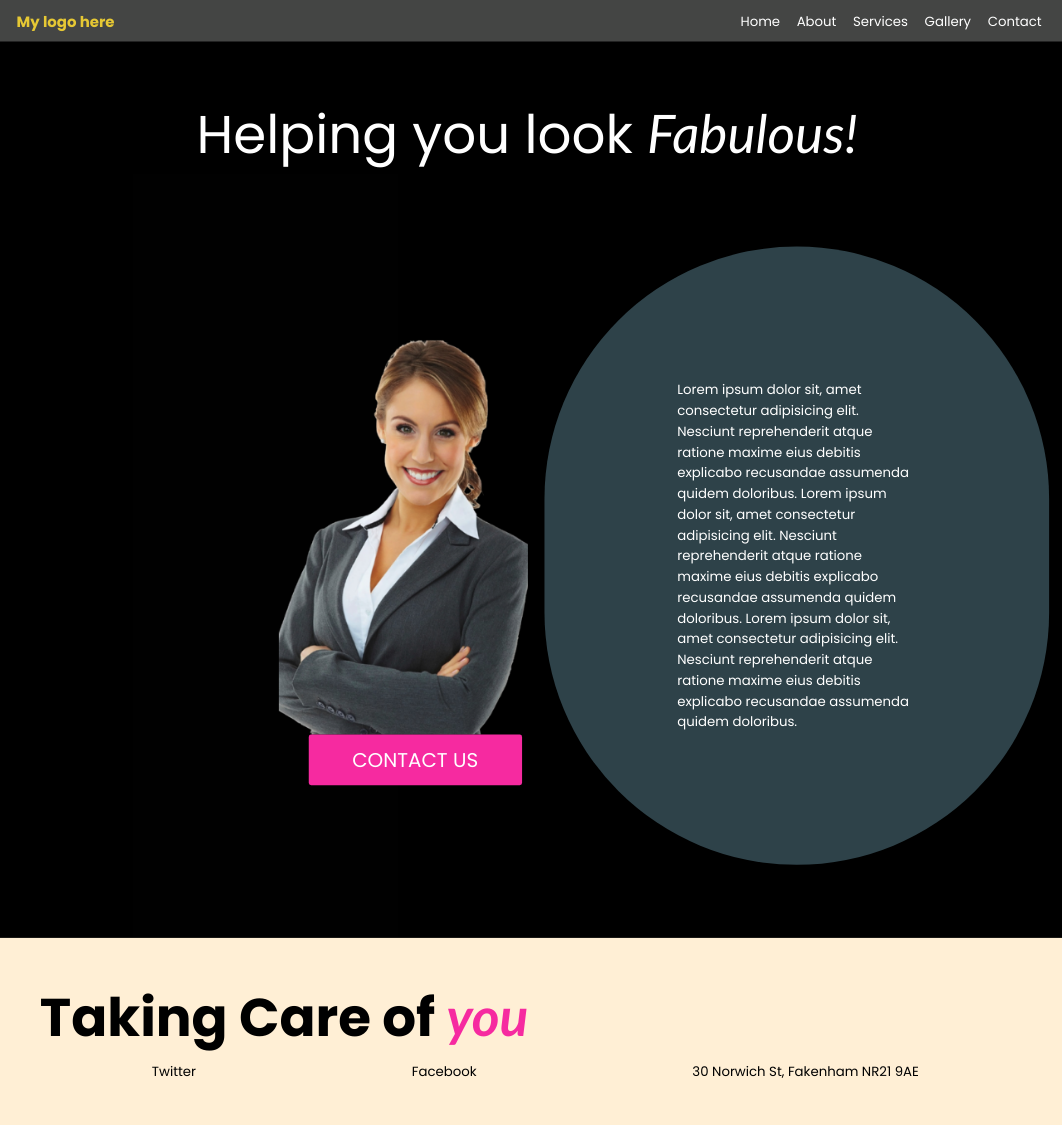
Repository: buzzedison/gardens
Page: index.html
The author's editor kept a copy of each file at every save. The page is drawn from the files as they stood at one save, then again after the next save.
The browser window is 1280 px wide. The pictures show the whole page, at 83% of full size.

Above is the page before, as saved 2022-01-13 04:46:56.

### index.html
<!DOCTYPE html>
<html lang="en">
<head>
    <meta charset="UTF-8">
    <meta http-equiv="X-UA-Compatible" content="IE=edge">
    <meta name="viewport" content="width=device-width, initial-scale=1.0">
    <title>B</title>
    <script src="index.js" defer></script>
    <link rel="stylesheet" href="/css/styles.css">
</head>
<body>
    <div>

        <Header>
            <div id="logo"> <a href="/">My logo here</a></div>
            <nav>
<ul>
    <li> <a href="/"> Home</a></li>
    <li> <a href="/"> About</a></li>
    <li> <a href="/"> Services</a></li>
    <li> <a href="/"> Gallery</a></li>
    <li> <a href="/">  Contact</a></li>
</ul>

 </nav>
            <!-- Mobile version -->
            <div id="mobile-icon" onclick="toggleMobileMenu(this)">
                <div class="bar1"></div>
                <div class="bar2"></div>
                <div class="bar3"></div>
                <ul class="mobile-menu">
                  <li><a href="/">Home</a></li>
                  <li><a href="/">About</a></li>
                  <li><a href="/">Services</a></li>
                  <li><a href="/">Gallery</a></li>
                  <li><a href="/">Contact</a></li>

                </ul>
              </div>
        </Header>
        <main class="container">
            <section1>
                <p class="section-title">Helping you look  <span id="fab">Fabulous!</span></p>
                <div class="grid">
                    <div class="grida">
                        <p class="text-grid"><img class ="img" src="images/woman.png">
                            <br/>
                            <a href="/" class="button"> CONTACT US </a>

                    </div>

                    <div class="gridb">
                        <div class="inside">
                        <p class="text-grid">
                        Lorem ipsum dolor sit, amet consectetur adipisicing elit.
                        Nesciunt reprehenderit atque ratione maxime eius
                        debitis explicabo recusandae assumenda quidem doloribus.
                        Lorem ipsum dolor sit, amet consectetur adipisicing elit.
                        Nesciunt reprehenderit atque ratione maxime eius
                        debitis explicabo recusandae assumenda quidem doloribus.
                        Lorem ipsum dolor sit, amet consectetur adipisicing elit.
                        Nesciunt reprehenderit atque ratione maxime eius
                        debitis explicabo recusandae assumenda quidem doloribus.
                    </p>
                </div>
                    </div>
                </div>
            </section1>

        </main>

        <footer class="footer">
            <div class="gridnew">
                <div>
                    <h3 class="take"> Taking Care of <span class="you">you</span> </h3>
                </div>

                <div class="gridnewb">
                    <ul>
                        <li class="list">Twitter</li>
                        <li class="list">Facebook </li>
                        <li class="list"> <span class="contact">30 Norwich St, Fakenham NR21 9AE </span></li>

                    </ul>


                </div>
            </div>
        </footer>
    </div>
</body>
</html>

### css/styles.css
@import url("https://fonts.googleapis.com/css2?family=Poppins:wght@400;700&display=swap");

* {
  padding: 0;
  margin: 0;
  box-sizing: border-box;
}

body {
  color: black;
  font-family: "Poppins", sans-serif;
  background-color:black;
}

header a {
  text-decoration: none;
}

header {
  padding: 0 20px;
  background-color: #444544;
  height: 50px;
  display: flex;
  justify-content: space-between;
}

#logo {
  font-weight: bold;
  font-size: 18px;
  display: flex;
  align-items: center;
}

#logo a {
  color: #e6c834;
}

ul {
  list-style: none;
  height: 100%;
  display: flex;
  align-items: center;
  justify-content: space-around;
}

ul a {
  color: white;
}

ul li {
  padding: 5px;
  margin-left: 10px;
}

ul li:hover {
  transform: scale(1.1);
  transition: 0.3s;
}




#mobile-icon {
  margin: auto 0;
  display: none;
  cursor: pointer;
}

#mobile-icon div {
  width: 35px;
  height: 3px;
  background-color: white;

  margin: 6px 0;
  transition: 0.4s;
}

.open .bar1 {
  -webkit-transform: rotate(-45deg) translate(-6px, 6px);
  transform: rotate(-45deg) translate(-6px, 6px);
}

.open .bar2 {
  opacity: 0;
}

.open .bar3 {
  -webkit-transform: rotate(45deg) translate(-6px, -8px);
  transform: rotate(45deg) translate(-6px, -8px);
}

.open .mobile-menu {
  display: flex;
  flex-direction: column;
  align-items: center;
  justify-content: flex-start;
}

.mobile-menu {
  display: none;
  position: absolute;
  top: 50px;
  left: 0;
  height: calc(100vh - 50px);
  width: 100%;

}

.mobile-menu li {
  margin-bottom: 10px;

}

@media only screen and (max-width: 600px) {
  header nav {
    display: none;
  }

  #mobile-icon {
    display: block;
  }
}


.section-title{
  color: white;
  font-size: 4em;
  padding-top: 1em;
  padding-left: 3.7em;



}

@media only screen and (max-width:600){

  .section-title{
    padding-left: 0;
    font-size: 1em;

  }
}

#fab {
  font-family: 'Trebuchet MS', 'Lucida Sans Unicode', 'Lucida Grande', 'Lucida Sans', Arial, sans-serif;
  font-style: italic;
}


.grid > div{
   padding:1em;
   background-color:rgba(255, 235, 205, 0);
}

.grid > div:nth-child(odd){
  background-color:rgba(255, 248, 220, 0.003);


}

.grid{
  display:grid;
  grid-template-columns: 40% 60%;
  /* seperating columns */
  grid-column-gap: -40em;
  box-sizing: border-box;
  place-items: center;

  /* browser automatically breaks when it gets to 300px */
  grid-template-columns: repeat(auto-fit, minmax(300px, 1fr));

}

.text-grid {
  padding: 10em;
  color:white;





}

.grida{
  align-self: end;
  /* justify-self: end;  */
  width:20em;
  /* position:absolute; */
  display:flex

}

.gridb{



}


/* Buttons  */

a.button{
  display:inline-block;
  padding:0.55em 2.2em;
  border:none;
  margin:0 0.3em 0.3em 0;
  border-radius:0.12em;
  box-sizing: border-box;
  text-decoration:none;
  background-color:#F62AA0;
  float:right;

  font-weight:400;
  font-size:1.5em;
  color:#FFFFFF;
  text-align:center;
  transition: all 0.2s;



  }

  @media only screen and (max-width: 600px){
    a.button{
      display:inline-block;
      padding:0.45em 1.8em;
      border:none;
      /* margin:0 0.1em 0.3em 0; */
      border-radius:0.12em;
      box-sizing: border-box;
      text-decoration:none;
      background-color:#F62AA0;
      float:left;

      font-weight:400;
      font-size:1.5em;
      color:#FFFFFF;
      text-align:center;
      transition: all 0.2s;
    }
  }
  a.button1:hover{
  color:#000000;
  background-color:#FFFFFF;
  }
  @media all and (max-width:30em){
  a.button1{
  display:block;
  margin:0.4em auto;

  }
  }

  .img {
    float:right;

  }


  .inside {

    width: 100%;
   height: 100%;
   background: #2E4249;
   -moz-border-radius: 70px;
   -webkit-border-radius: 70px;
   border-radius: 500px;
    transition: all 1s ease;


  }
  .inside:hover {
    background: #3b5159;

  }



  .footer {
    /* position: fixed;
    left: 0;
    bottom: 0;
    width: 100%;
    background-color: red; */

  min-height: 100vh;
  margin: 0;

  display: grid;
  grid-template-rows: auto 1fr auto;

  min-height:50px;
  background:PapayaWhip;
  }


  .gridnew{
    padding:3em;
  }


  .take{
    font-size: 4em;
  }

  .you{
    font-family: 'Trebuchet MS', 'Lucida Sans Unicode', 'Lucida Grande', 'Lucida Sans', Arial, sans-serif;
    font-style: italic;
    color:#F62AA0;
  }

Loaded but not shown: index.js (common file)

After the next save:
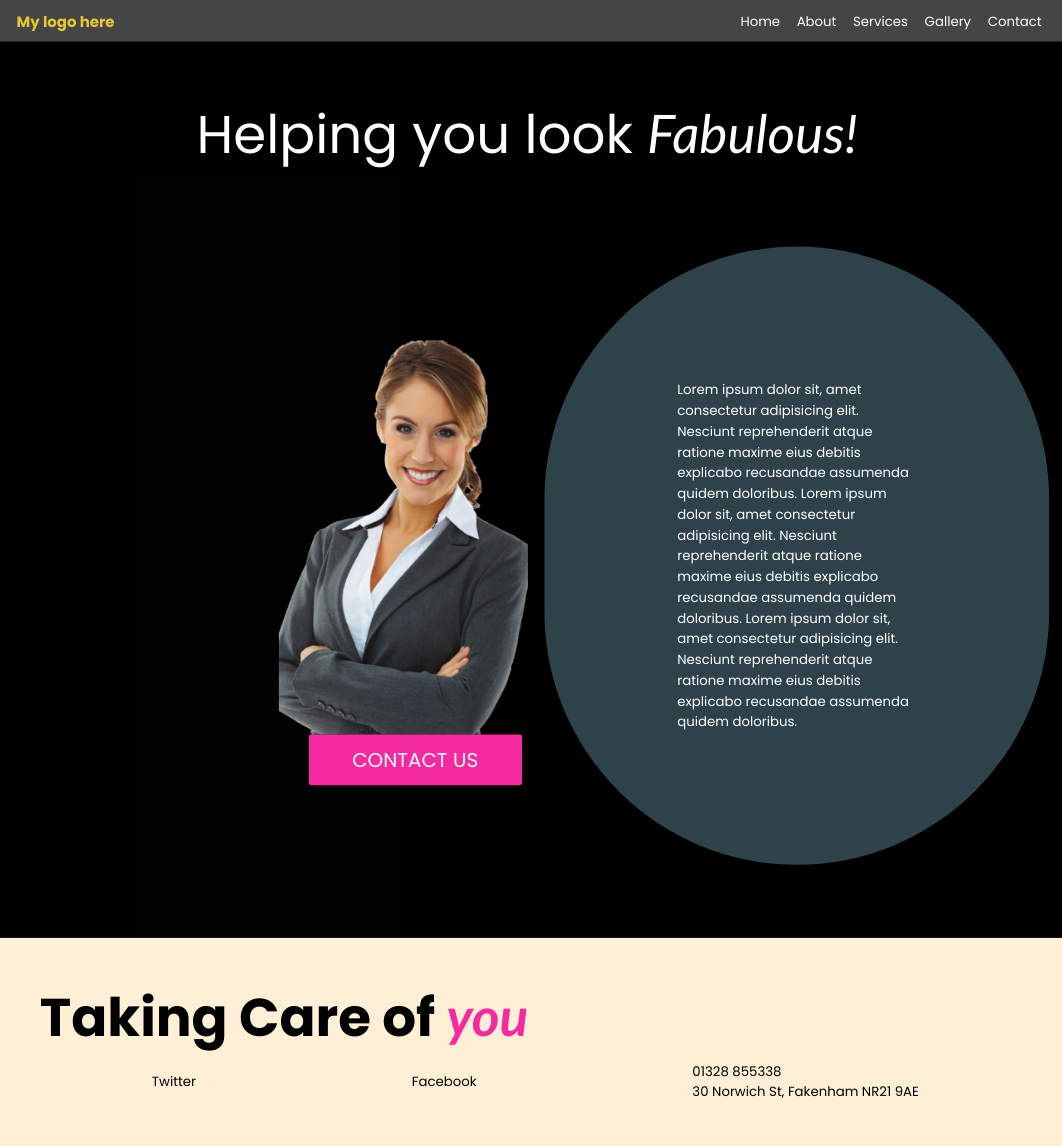
Saved 40 s later.
--- a/index.html
+++ b/index.html
@@ -79,7 +79,7 @@
                     <ul>
                         <li class="list">Twitter</li>
                         <li class="list">Facebook </li>
-                        <li class="list"> <span class="contact">30 Norwich St, Fakenham NR21 9AE </span></li>
+                        <li class="list"> <span class="contact">01328 855338 <br/>30 Norwich St, Fakenham NR21 9AE </span></li>
 
                     </ul>
 
